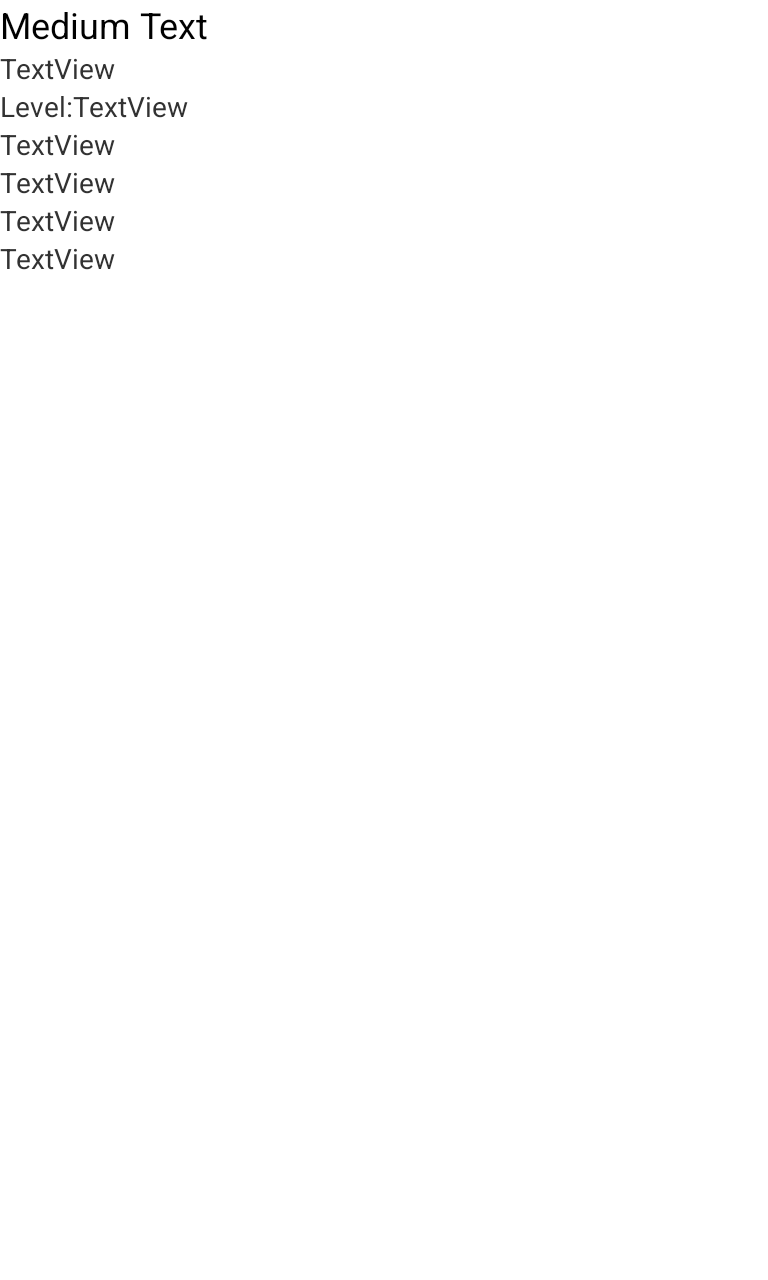
Repository: Rizsti/BrawnyKoala
Layout: 2.2/res/layout/dialogue_spell_details.xml
The author's editor kept a copy of each file at every save. The layout is drawn from the files as they stood at one save, then again after a run of saves.
It is drawn on a 768 x 1280 px phone screen (xhdpi) without system bars, with theme AppTheme; the app's code is not run.

Above is the layout before, as saved 2013-06-07 21:15:59.

After the next 3 saves:
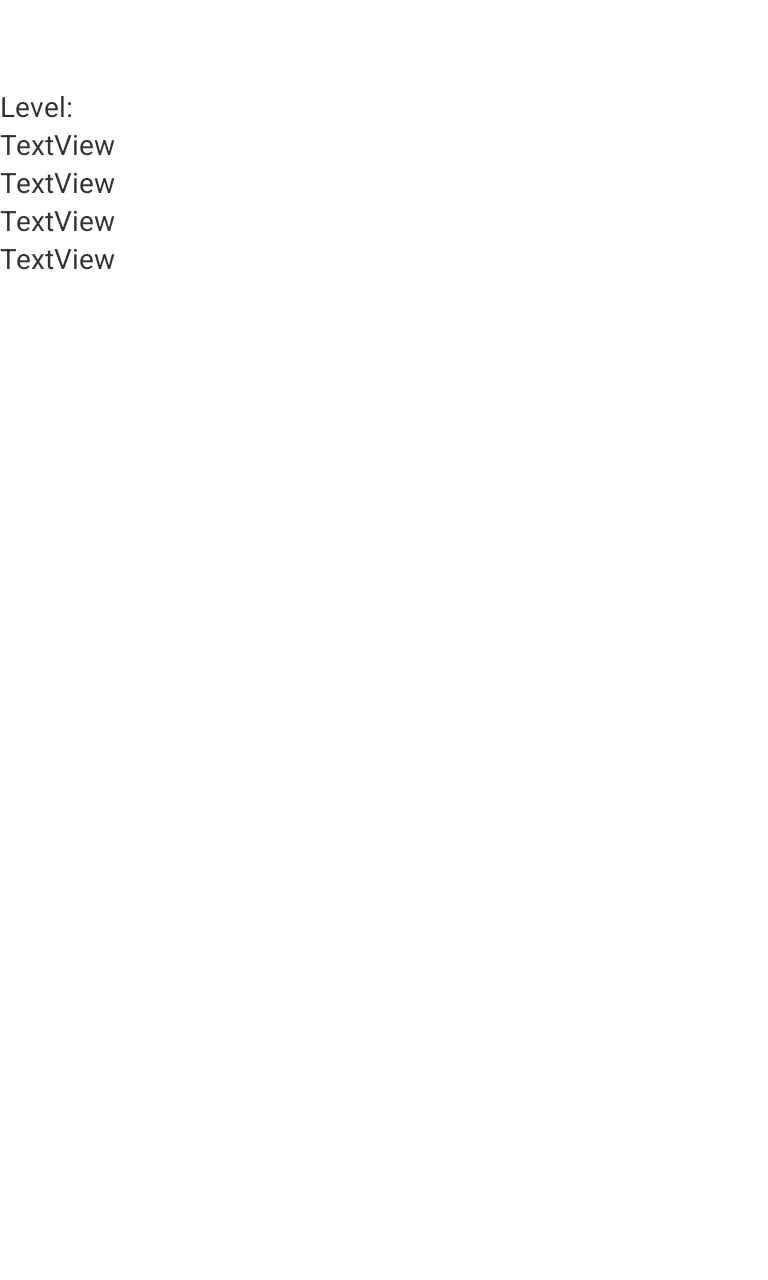
The 3 saves are shown as one change because 2 did not build or start.
The last was saved 3 min 2 s later.
--- a/2.2/res/layout/dialogue_spell_details.xml
+++ b/2.2/res/layout/dialogue_spell_details.xml
@@ -8,30 +8,28 @@
         android:id="@+id/spellName"
         android:layout_width="wrap_content"
         android:layout_height="wrap_content"
-        android:text="Medium Text"
         android:textAppearance="?android:attr/textAppearanceMedium" />
 
     <TextView
         android:id="@+id/spellSchool"
         android:layout_width="wrap_content"
-        android:layout_height="wrap_content"
-        android:text="TextView" />
+        android:layout_height="wrap_content"/>
 
     <LinearLayout
         android:layout_width="match_parent"
         android:layout_height="wrap_content"
-        android:orientation="horizontal"
-        >
+        android:orientation="horizontal">
+
         <TextView
         android:layout_width="wrap_content"
         android:layout_height="wrap_content"
         android:text="@string/SpellLevel" />
 
     <TextView
-        android:id="@+id/textView4"
+        android:id="@+id/spellLevel"
         android:layout_width="wrap_content"
         android:layout_height="wrap_content"
-        android:text="TextView" />
+        />
 
     </LinearLayout>
     <TextView
